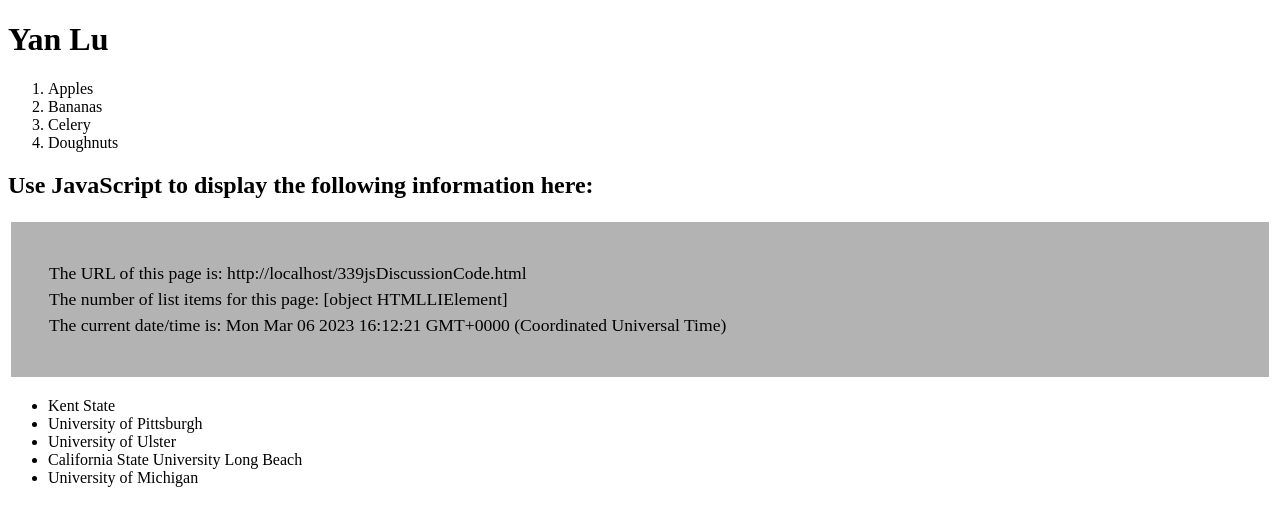
Repository: lulyany/discussionwk10
Page: 339jsDiscussionCode.html
An editor plug-in stored every save of this project. The page is shown before and after a run of saves, followed by the edit.
The browser window is 1280 px wide. The pictures show the whole page.

Above is the page before, as saved 2023-11-01 20:35:30.

### 339jsDiscussionCode.html
<!DOCTYPE html>
<html lang="en">
<head>
	<meta charset="UTF-8">
	<title>JavaScript Discussion</title>
	<style>
		p{
			background-color: #b3b3b3;
			border: 3px solid #FFFFFF;
			padding: 3%;
			font-size: 1.1em;
			line-height: 1.5;
		}
	</style>

	<script type="text/javascript">
	function displayInformation () {
		// Your code goes here.
		// Do not change any other code in this file
		// All of the steps below must be achieved using JavaScript!


		// 1. Change the h1 element to your name.

		document.querySelector("h1").textContent = "Yan Lu";


		// 2. Update the three span elements using ONLY JavaScript

		document.getElementById("URL").textContent += window.location.href;

		document.getElementById("items").textContent = document.querySelector("li");

		document.getElementById("time").textContent = Date();




		// 3. Change the background color and margin for the entire page.



    }

    // 4. If someone uses the keyboard shortcut to copy the words "University of Michigan" then add the words "Go Blue" to the final div.
    // Each occurence should be on a separate line.  Don't use
    // paragraphs.

</script>

</head>
<body onload="displayInformation()">
	<h1>Your name goes here</h1>

	<ol>
		<li>Apples</li>
		<li>Bananas</li>
		<li>Celery</li>
		<li>Doughnuts</li>
	</ol>
	<h2>Use JavaScript to display the following information here:</h2>
	<p>
		The URL of this page is: <span id = "URL"></span><br/>
		The number of list items for this page: <span id = "items"></span><br/>
		The current date/time is: <span id = "time"></span><br/>
	</p>
	<ul>
		<li>Kent State</li>
		<li>University of Pittsburgh</li>
		<li>University of Ulster</li>
		<li>California State University Long Beach</li>
		<li oncopy="copyFunction()">University of Michigan</li>
	</ul>
	<div id="cheer">

	</div>

</body>
</html>

After the next 7 saves:
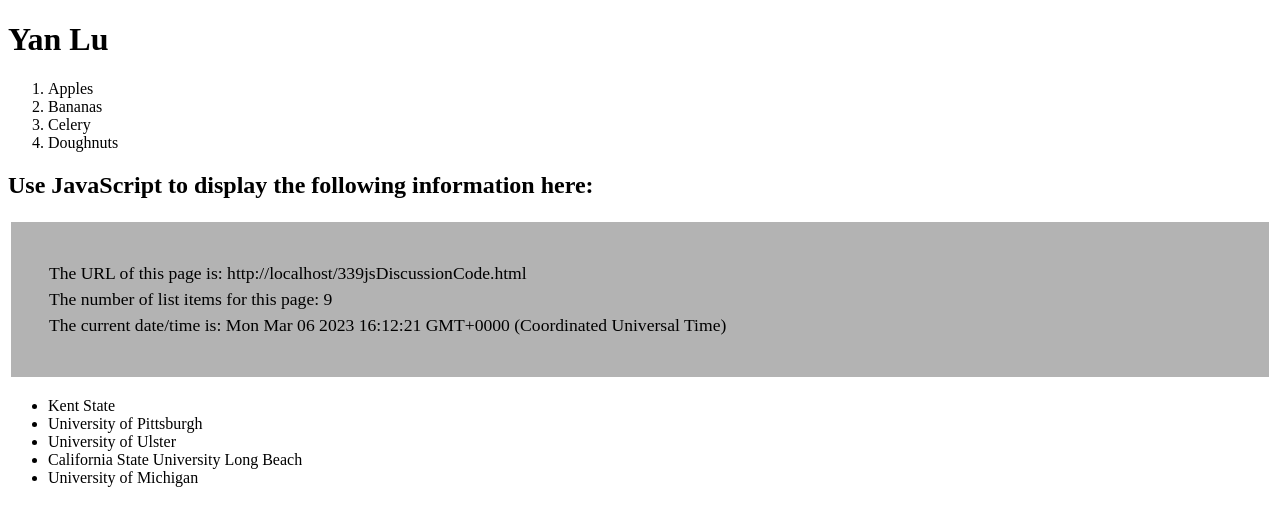
The 7 saves are shown as one change because they came seconds apart.
The last was saved 17 s later.
--- a/339jsDiscussionCode.html
+++ b/339jsDiscussionCode.html
@@ -29,7 +29,7 @@
 
 		document.getElementById("URL").textContent += window.location.href;
 
-		document.getElementById("items").textContent = document.querySelector("li");
+		document.getElementById("items").textContent = document.querySelectorAll("li").length;
 
 		document.getElementById("time").textContent = Date();
 
